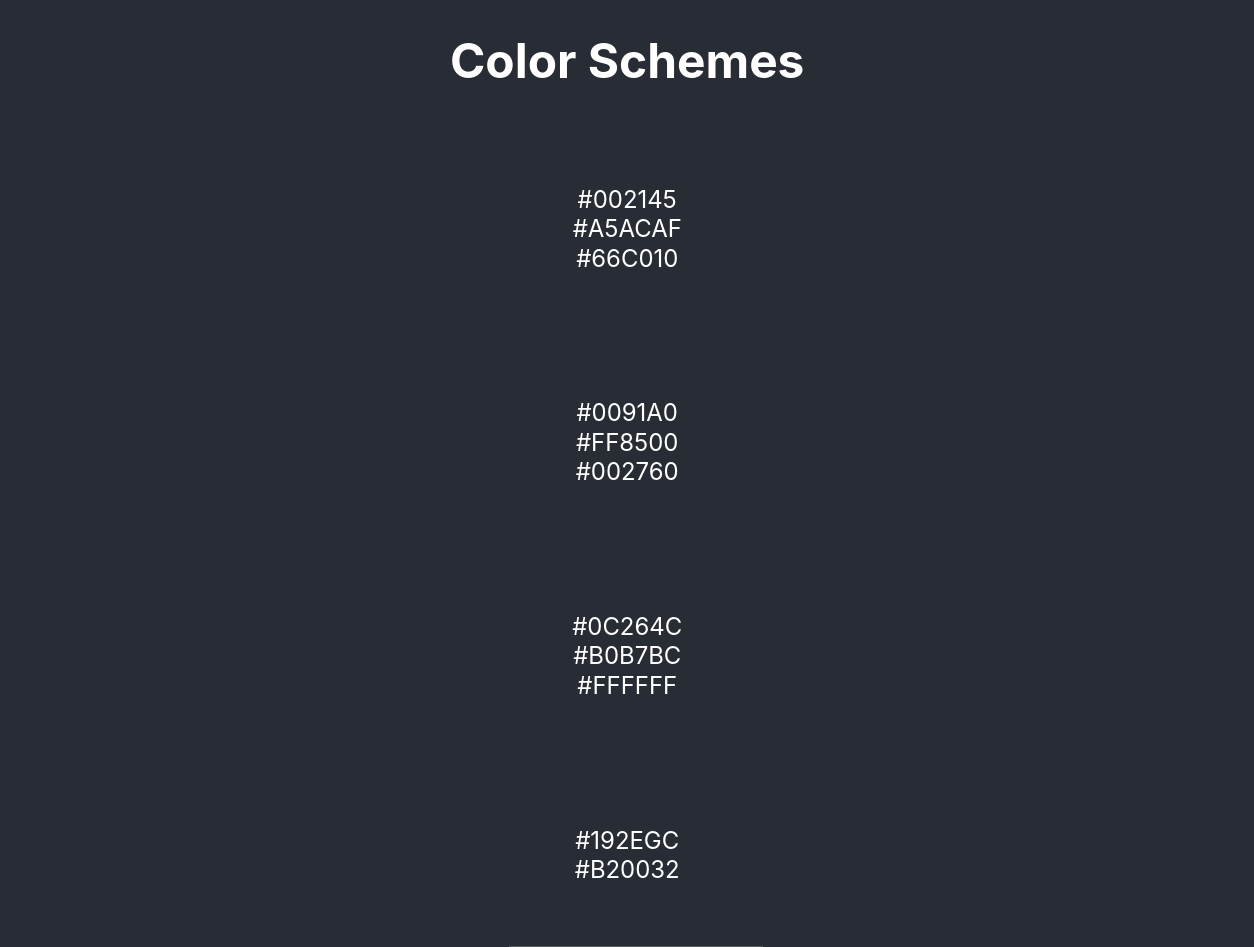
Repository: MikeTroianello/troianello.co
Page: /projects
These files come from the project's save history. The page is drawn as it stood at one moment and after the next save; the edit follows.
The browser window is 1280 px wide. The pictures show the whole page, at 98% of full size.
The project was rebuilt for these pictures with package versions that can differ from the ones it lists, and the page was loaded fresh each time.

Above is the page before, as saved 2019-06-24 15:35:09.

### src/App.js
import React from 'react';

import './App.css';

function App() {
  return (
    <div className='App'>
      <header className='App-header'>
        <h1>Color Schemes</h1>
        <div className='teams seahawks'>
          <div className='s-blue'>#002145</div>
          <div className='s-gray'>#A5ACAF</div>
          <div className='s-green'>#66C010</div>
        </div>
        <div className='teams dolphins'>
          <div className='d-aqua'>#0091A0</div>
          <div className='s-orange'>#FF8500</div>
          <div className='s-dark-blue'>#002760</div>
        </div>
        <div className='teams cowboys'>
          <div className='c-blue'>#0C264C</div>
          <div className='c-gray'>#B0B7BC</div>
          <div className='c-white'>#FFFFFF</div>
        </div>
        <div className='teams giants'>
          <div className='g-blue'>#192EGC</div>
          <div className='g-red'>#B20032</div>
        </div>
      </header>
    </div>
  );
}

export default App;

### src/App.css
.App {
  text-align: center;
}

.App-logo {
  animation: App-logo-spin infinite 20s linear;
  height: 40vmin;
  pointer-events: none;
}

.App-header {
  background-color: #282c34;
  min-height: 100vh;
  display: flex;
  flex-direction: column;
  align-items: center;
  justify-content: center;
  font-size: calc(10px + 2vmin);
  color: white;
}

.App-link {
  color: #61dafb;
}

@keyframes App-logo-spin {
  from {
    transform: rotate(0deg);
  }
  to {
    transform: rotate(360deg);
  }
}

.teams {
  height: 100%;
  width: 80%;
  padding: 5% 10%;
}

Loaded but not shown: public/index.html (common file); src/index.js (common file); src/index.css (common file); src/serviceWorker.js (common file)

After the next save:
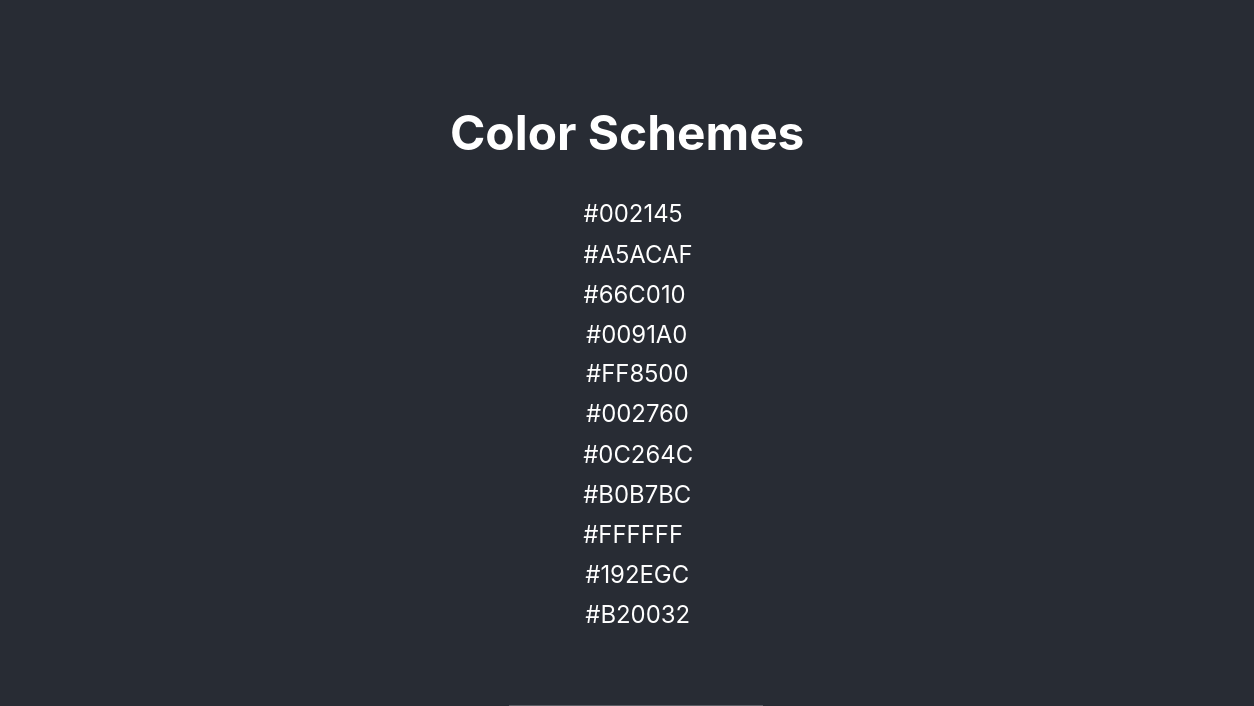
Saved 81 s later.
--- a/src/App.css
+++ b/src/App.css
@@ -32,7 +32,7 @@
   }
 }
 
-.teams {
+.teams > div {
   height: 100%;
   width: 80%;
   padding: 5% 10%;

After the save that followed:
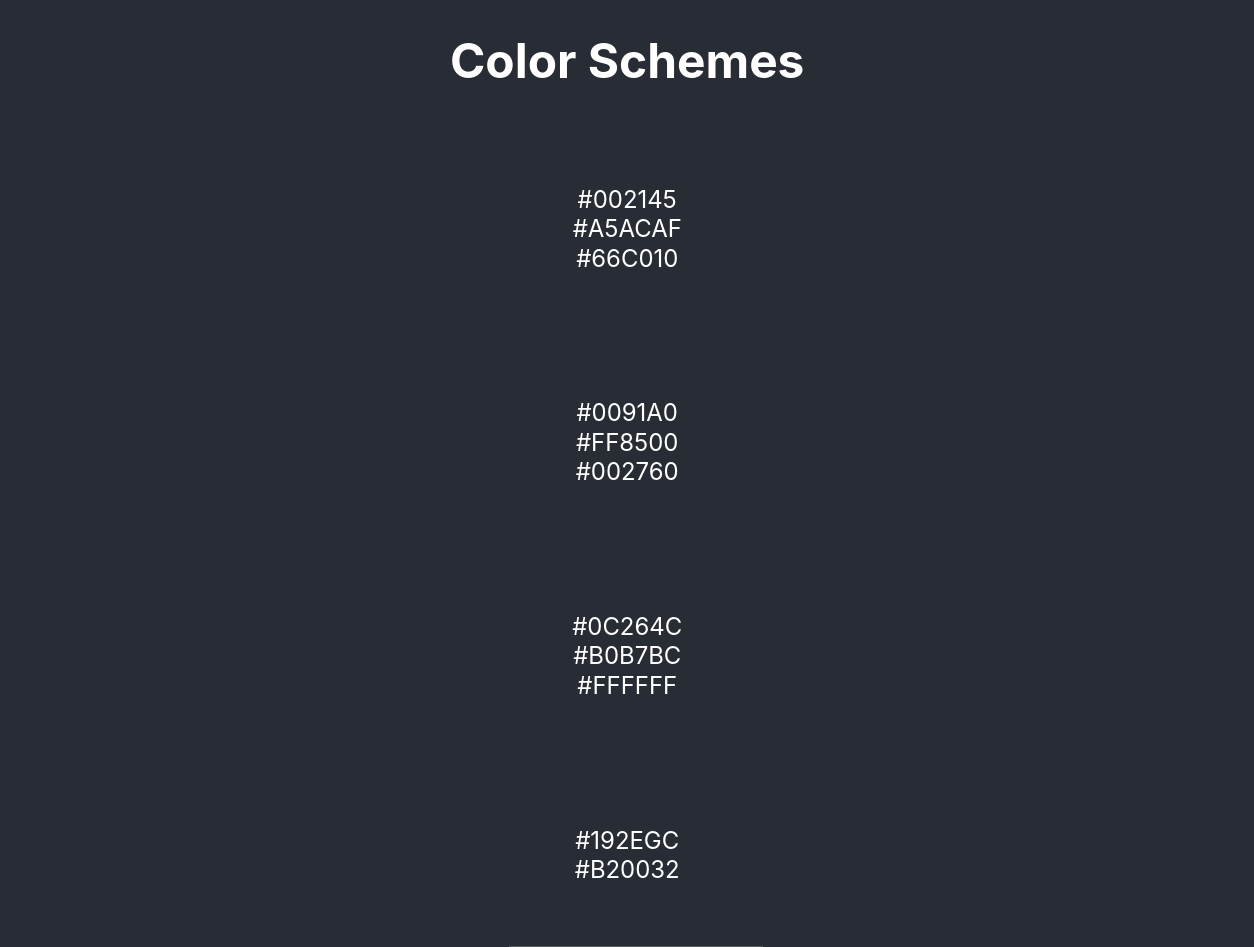
Saved 10 s later.
--- a/src/App.css
+++ b/src/App.css
@@ -32,7 +32,7 @@
   }
 }
 
-.teams > div {
+.teams {
   height: 100%;
   width: 80%;
   padding: 5% 10%;
